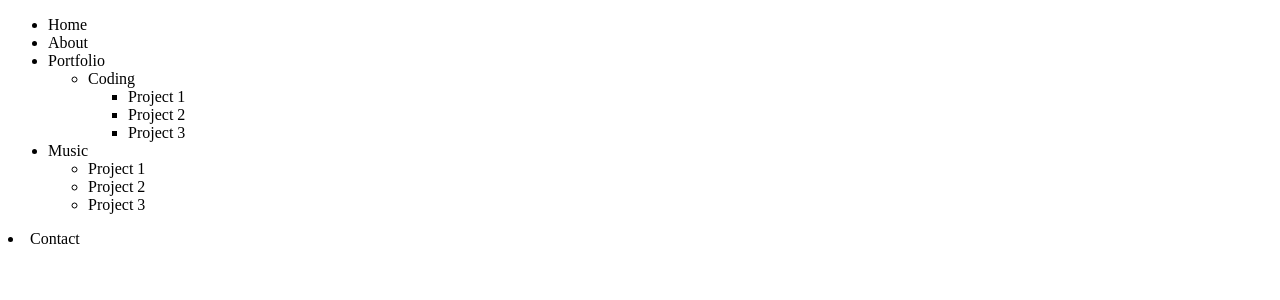
Repository: muesinga/aaronmuesing-dot-com
Page: index.html
The author's editor kept a copy of each file at every save. The page is drawn from the files as they stood at one save, then again after the next save.
The browser window is 1280 px wide. The pictures show the whole page.

Above is the page before, as saved 2022-06-22 11:03:38.

After the next save:
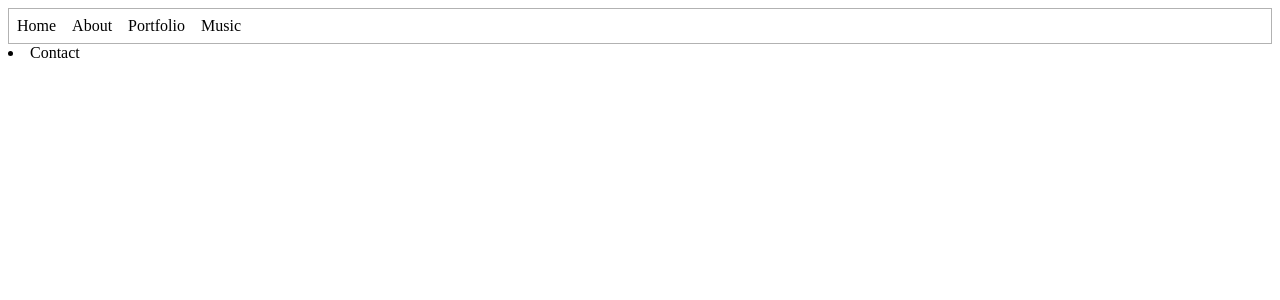
Saved 7 s later.
--- a/index.html
+++ b/index.html
@@ -4,7 +4,7 @@
     <link rel="stylesheet" href="/styles.css">
 </head>
 <body>
-    <ul class="">
+    <ul class="dropdown">
         <li><a>Home</a></li>
         <li><a>About</a></li>
         <li>
